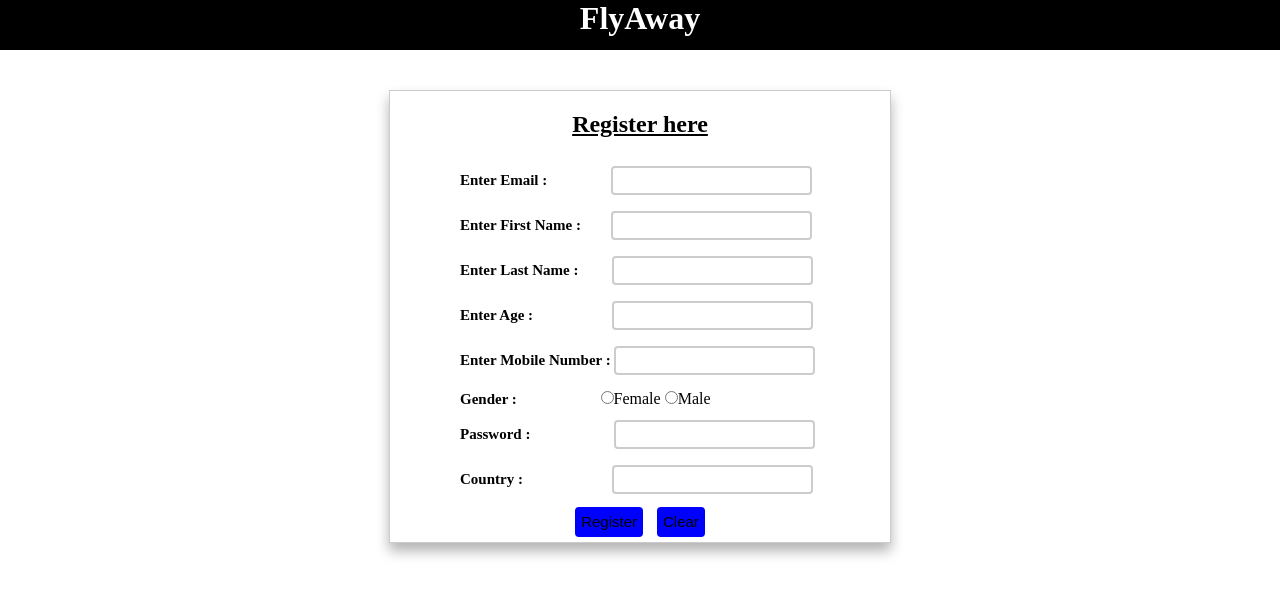
Repository: KartikMuchakandimath/Flyaway
Page: http://localhost/FlayAway/
These files come from the project's save history. The page is drawn as it stood at one moment and after the next save; the edit follows.
The browser window is 1280 px wide. The pictures show the whole page.
The page is served by Tomcat 9.

Above is the page before, as saved 2022-04-22 19:42:21.

After the next save:
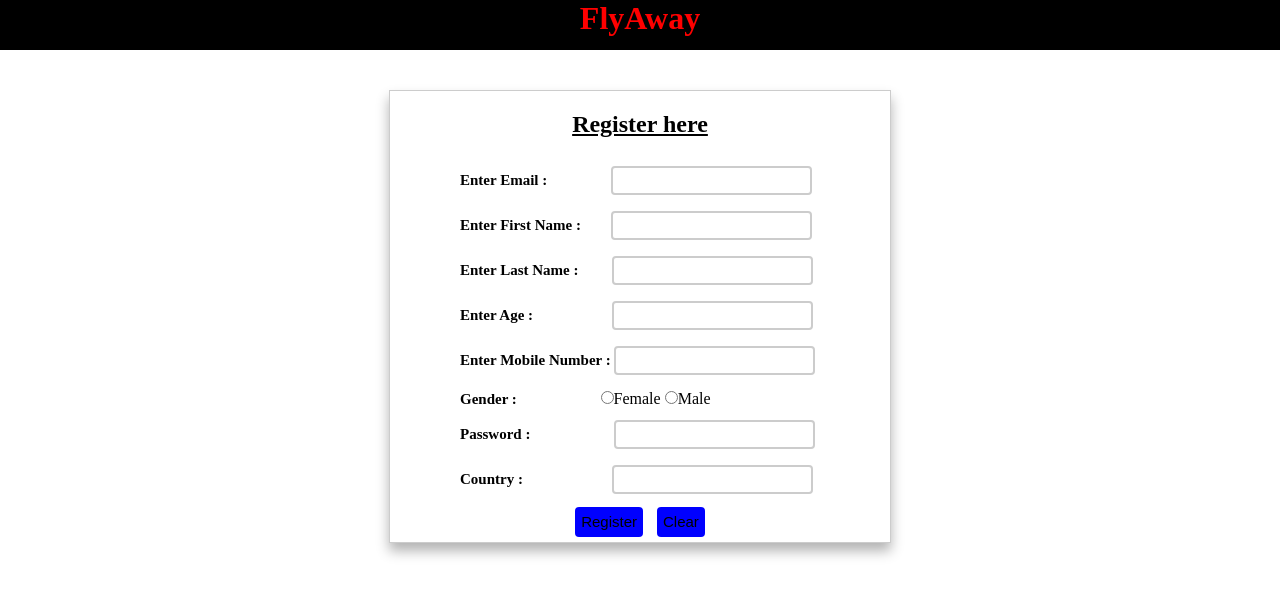
Saved 40 s later.
--- a/FlayAway/src/main/webapp/Registration.jsp
+++ b/FlayAway/src/main/webapp/Registration.jsp
@@ -13,7 +13,7 @@ padding : 0;
 }
 .head{
 background-color : #000;
-color : #fff;
+color : #FF0000;
 height : 50px;
 }
 h1{
